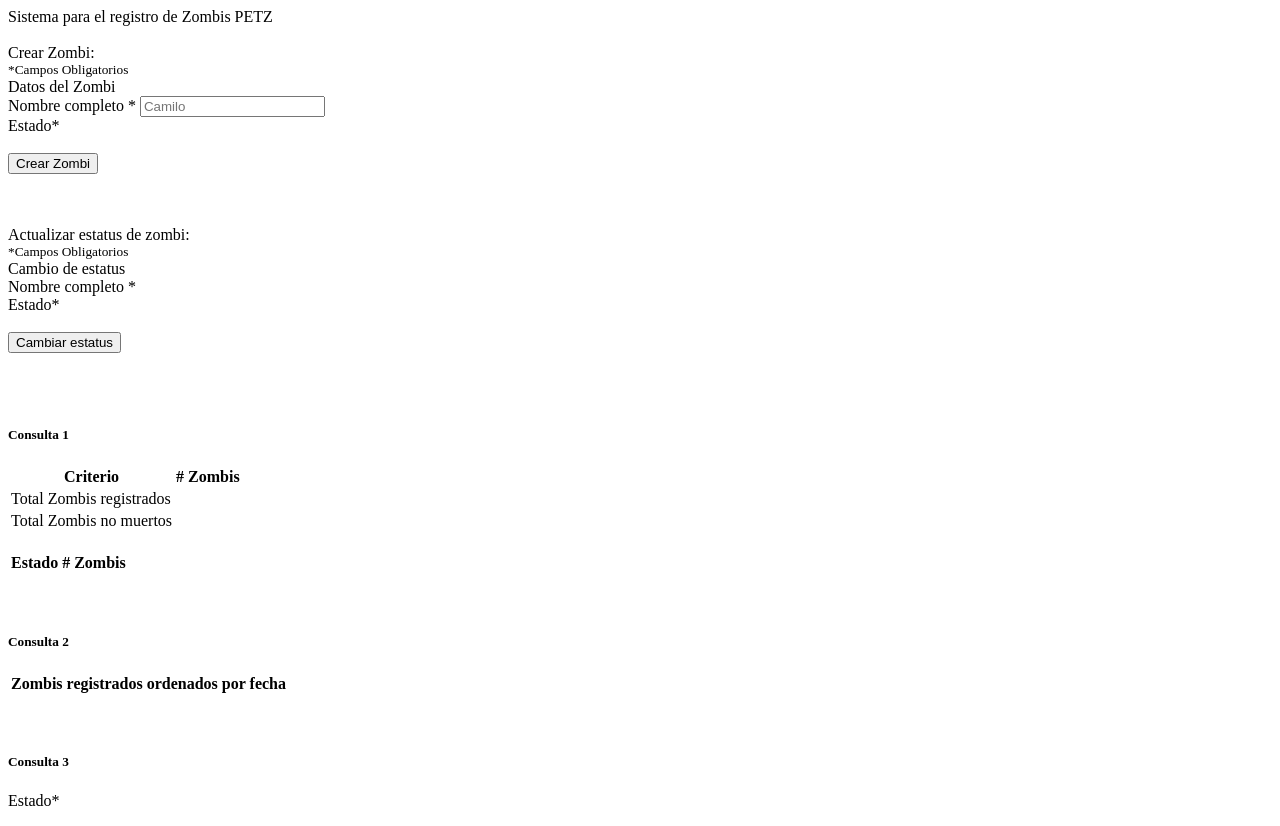
Repository: cgonzalezc27/daw_a01209969
Page: Examen parcial 2/_forma_agregar_zombi.html
The author's editor kept a record of every edit. The page is drawn from the files as they stood at one moment, then again after the next edit.
The browser window is 1280 px wide. The pictures show the whole page.

Above is the page before.

After the next edit:
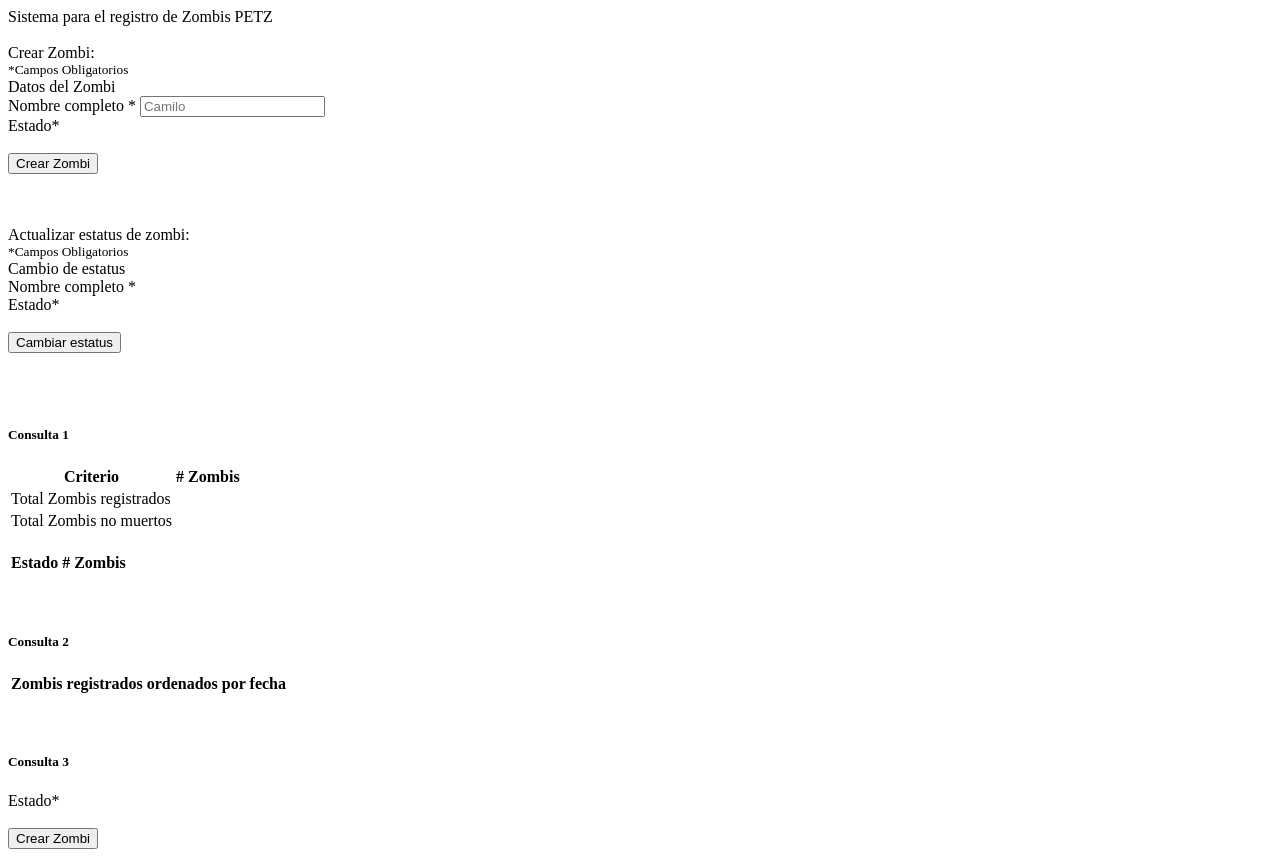
The edit:
--- a/Examen parcial 2/_forma_agregar_zombi.html
+++ b/Examen parcial 2/_forma_agregar_zombi.html
@@ -102,5 +102,10 @@
 
                 </div>
     </div>
+    <br>
+    <div class="row">
+                <div class="col-1"></div>
+                <button type="submit" name="submit" class="btn btn-primary">Crear Zombi</button>
+    </div>
     </form>
 </div>
